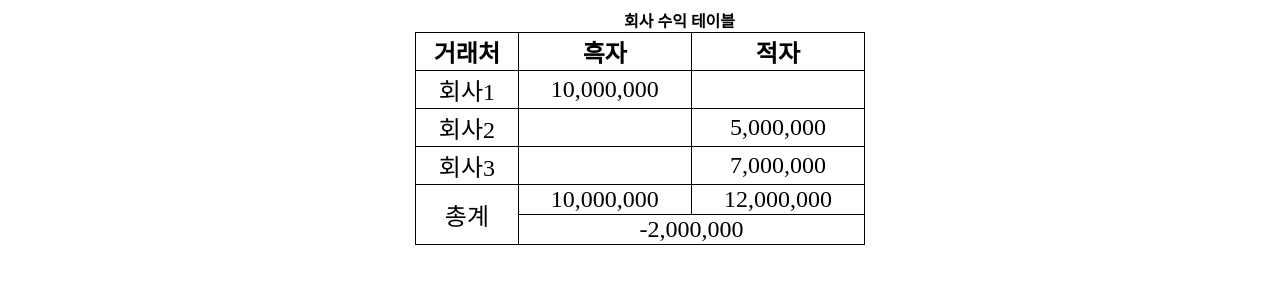
Repository: guswnsdldl/gb
Page: html workspace/f_table/src/main/webapp/span-task02.html
These files come from the project's save history. The page is drawn as it stood at one moment and after the next save; the edit follows.
The browser window is 1280 px wide. The pictures show the whole page.

Above is the page before, as saved 2024-08-06 03:13:26.

After the next save:
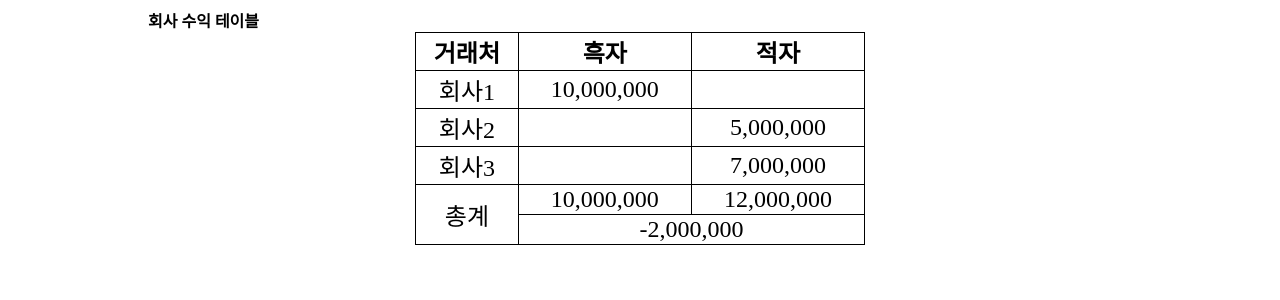
Saved 17 s later.
--- a/html workspace/f_table/src/main/webapp/span-task02.html
+++ b/html workspace/f_table/src/main/webapp/span-task02.html
@@ -16,7 +16,7 @@
 </head>
 <body>
 
-&nbsp;&nbsp;&nbsp;&nbsp;&nbsp;&nbsp;&nbsp;&nbsp;&nbsp;&nbsp;&nbsp;&nbsp;&nbsp;&nbsp;&nbsp;&nbsp;&nbsp;&nbsp;&nbsp;&nbsp;&nbsp;&nbsp;&nbsp;&nbsp;&nbsp;&nbsp;&nbsp;&nbsp;&nbsp;&nbsp;&nbsp;&nbsp;&nbsp;&nbsp;&nbsp;&nbsp;&nbsp;&nbsp;&nbsp;&nbsp;&nbsp;&nbsp;&nbsp;&nbsp;&nbsp;&nbsp;&nbsp;&nbsp;&nbsp;&nbsp;&nbsp;&nbsp;&nbsp;&nbsp;&nbsp;&nbsp;&nbsp;&nbsp;&nbsp;&nbsp;&nbsp;&nbsp;&nbsp;&nbsp;&nbsp;&nbsp;&nbsp;&nbsp;&nbsp;&nbsp;&nbsp;&nbsp;&nbsp;&nbsp;&nbsp;&nbsp;&nbsp;&nbsp;&nbsp;&nbsp;&nbsp;&nbsp;&nbsp;&nbsp;&nbsp;&nbsp;&nbsp;&nbsp;&nbsp;&nbsp;&nbsp;&nbsp;&nbsp;&nbsp;&nbsp;&nbsp;&nbsp;&nbsp;&nbsp;&nbsp;&nbsp;&nbsp;&nbsp;&nbsp;&nbsp;&nbsp;&nbsp;&nbsp;&nbsp;&nbsp;&nbsp;&nbsp;&nbsp;&nbsp;&nbsp;&nbsp;&nbsp;&nbsp;&nbsp;&nbsp;&nbsp;&nbsp;&nbsp;&nbsp;&nbsp;&nbsp;&nbsp;&nbsp;&nbsp;&nbsp;&nbsp;&nbsp;&nbsp;&nbsp;&nbsp;&nbsp;&nbsp;&nbsp;&nbsp;&nbsp;&nbsp;&nbsp;&nbsp;&nbsp;&nbsp;&nbsp;&nbsp;&nbsp;&nbsp;&nbsp;&nbsp;&nbsp;&nbsp;&nbsp;<strong>회사 수익 테이블</strong>
+&nbsp;&nbsp;&nbsp;&nbsp;&nbsp;&nbsp;&nbsp;&nbsp;&nbsp;&nbsp;&nbsp;&nbsp;&nbsp;&nbsp;&nbsp;&nbsp;&nbsp;&nbsp;&nbsp;&nbsp;&nbsp;&nbsp;&nbsp;&nbsp;&nbsp;&nbsp;&nbsp;&nbsp;&nbsp;&nbsp;&nbsp;&nbsp;&nbsp;&nbsp;&nbsp;<strong>회사 수익 테이블</strong>
 <table>
  		<tr>
         <th>거래처</th>
